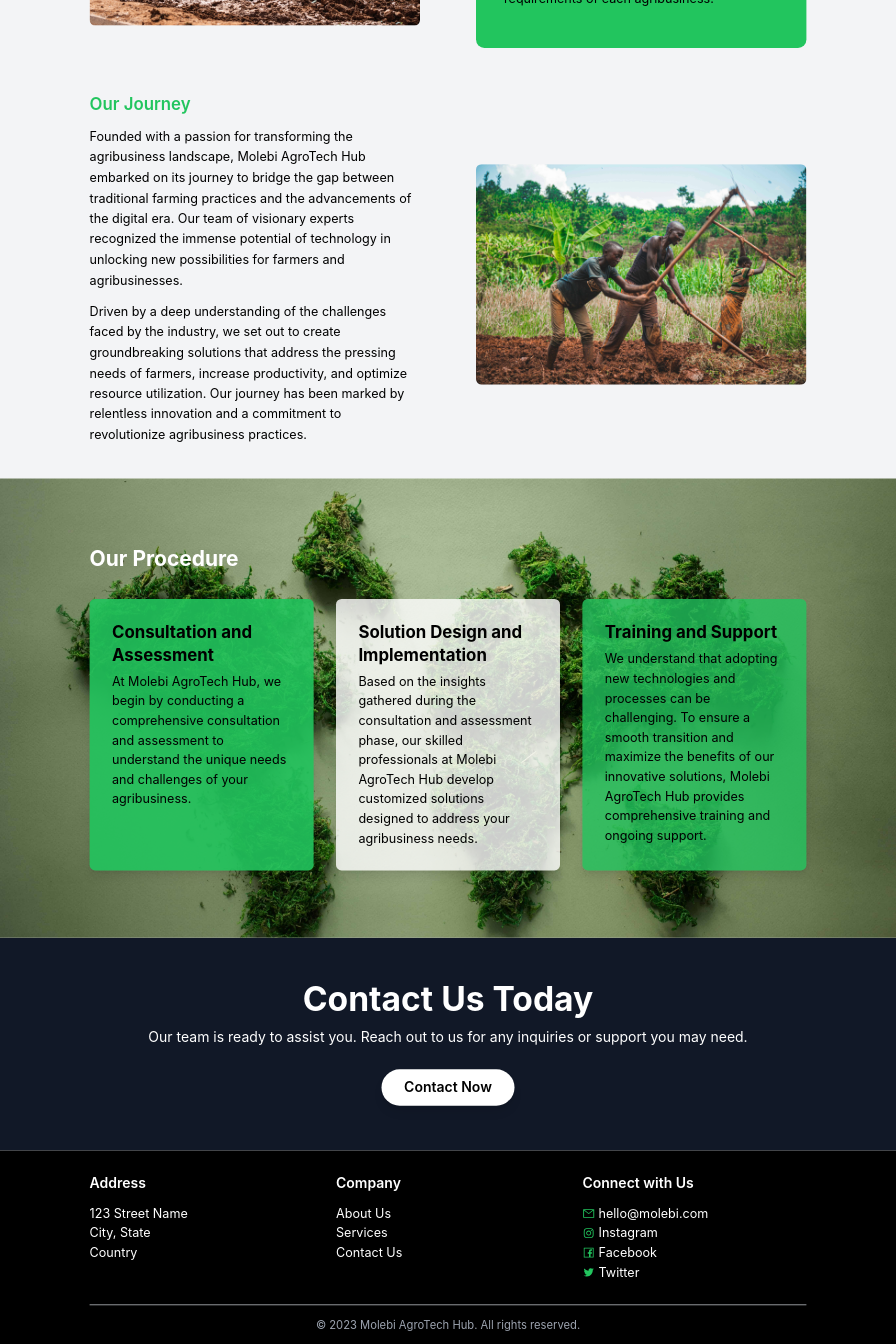
Repository: akinolapo/agric-tech
Page: /about
The author's editor kept a copy of each file at every save. The page is drawn from the files as they stood at one save, then again after the next save.
The browser window is 1280 px wide. The pictures show the part of the page from y = 932 to 2852 px (the page is 2852 px tall), at 70% of full size.
The project was rebuilt for these pictures with package versions that can differ from the ones it lists, and the page was loaded fresh each time. Also part of the build but not shown: src/components/Hero.jsx, src/components/ImageText.jsx, src/components/TwoColumnMasonry.jsx, src/components/TwoColumnComponent.jsx, src/App.jsx.

Above is the page before, as saved 2023-05-28 20:41:43.

### public/index.html
<!DOCTYPE html>
<html lang="en">
  <head>
    <meta charset="utf-8" />
    <link rel="icon" href="%PUBLIC_URL%/favicon.ico" />
    <meta name="viewport" content="width=device-width, initial-scale=1" />
    <meta name="theme-color" content="#000000" />
    <meta
      name="description"
      content="Empowering Agribusinesses with Innovative Solutions and Technology"
    />
    <link rel="apple-touch-icon" href="%PUBLIC_URL%/logo192.png" />
    <!--
      manifest.json provides metadata used when your web app is installed on a
      user's mobile device or desktop. See https://developers.google.com/web/fundamentals/web-app-manifest/
    -->
    <link rel="manifest" href="%PUBLIC_URL%/manifest.json" />
    <!--
      Notice the use of %PUBLIC_URL% in the tags above.
      It will be replaced with the URL of the `public` folder during the build.
      Only files inside the `public` folder can be referenced from the HTML.

      Unlike "/favicon.ico" or "favicon.ico", "%PUBLIC_URL%/favicon.ico" will
      work correctly both with client-side routing and a non-root public URL.
      Learn how to configure a non-root public URL by running `npm run build`.
    -->
    <title>Molebi AgroTech Hub</title>
  </head>
  <body>
    <noscript>You need to enable JavaScript to run this app.</noscript>
    <div id="root"></div>
    <!--
      This HTML file is a template.
      If you open it directly in the browser, you will see an empty page.

      You can add webfonts, meta tags, or analytics to this file.
      The build step will place the bundled scripts into the <body> tag.

      To begin the development, run `npm start` or `yarn start`.
      To create a production bundle, use `npm run build` or `yarn build`.
    -->
  </body>
</html>

### src/index.js
import React from 'react';
import ReactDOM from 'react-dom/client';
import { BrowserRouter, Routes, Route } from "react-router-dom";
import './index.css';
import App from './App';
import AboutPage from './components/about-page/AboutPage';

const root = ReactDOM.createRoot(document.getElementById('root'));
root.render(
  <React.StrictMode>
    <BrowserRouter>
            <Routes>
                <Route path="/" element={<App />} />
                <Route path="/about" element={<AboutPage />} />
            </Routes>
            {/* <App /> */}
        </BrowserRouter>
  </React.StrictMode>
);

### src/index.css
@tailwind base;
@tailwind components;
@tailwind utilities;

body {
  margin: 0;
  font-family: -apple-system, BlinkMacSystemFont, 'Segoe UI', 'Roboto', 'Oxygen',
    'Ubuntu', 'Cantarell', 'Fira Sans', 'Droid Sans', 'Helvetica Neue',
    sans-serif;
  -webkit-font-smoothing: antialiased;
  -moz-osx-font-smoothing: grayscale;
}

code {
  font-family: source-code-pro, Menlo, Monaco, Consolas, 'Courier New',
    monospace;
}

.card-icon{
  height: 40px;
  width: 40px;
  color: #22C55E;
}

.underline-title{
  height: 3px;;
  background-color: #22C55E;
}

.green-icon{
  color: #22C55E;
  width: 18px;
  height: 18px;
  margin-right: 5px;
}

.phone-call:hover{
  color: white;
}

### src/components/about-page/AboutPage.jsx
import React from 'react';
import Header from '../Header';
import Footer from '../Footer';
import ImageBackground from './ImageBackground';
import Value from '../Value';
import ImageBackground2 from './ImageBackground2';
import CTA from '../CTA';

const AboutPage = () => {
  return (
    <>
    <Header/>
    <ImageBackground/>
    <div className="bg-gray-100 ">
      <div className="container mx-auto py-8 px-5 sm:px-32">
        <div className="grid items-center grid-cols-1 gap-20 md:grid-cols-2">
          <div className="relative overflow-hidden">
            <img
              src={process.env.PUBLIC_URL+`media/about.jpg`}
              alt="About Us"
              className="rounded-lg mb-4 md:mb-0 md:mr-4"
            />
          </div>
          <div className="flex flex-col justify-center bg-green-500 p-10 rounded-xl">
            <h3 className='text-2xl mb-4 font-semibold'>What We Do</h3>
            <p className="text-lg leading-relaxed mb-4">
            At Molebi AgroTech Hub, we understand the challenges faced by the agricultural sector and the need for efficient, modern solutions. Our team of experts combines their deep industry knowledge with advanced technological expertise to develop customized solutions tailored to the unique requirements of each agribusiness.
            </p>
          </div>
        </div>
      </div>

      <div className="container mx-auto py-8 px-5 sm:px-32">
        <div className="grid items-center grid-cols-1 gap-20 md:grid-cols-2">
        <div className="flex flex-col justify-center">
            <h3 className='text-2xl mb-4 text-green-500 font-semibold'>Our Journey</h3>
            <p className="text-lg leading-relaxed mb-4">
            Founded with a passion for transforming the agribusiness landscape, Molebi AgroTech Hub embarked on its journey to bridge the gap between traditional farming practices and the advancements of the digital era. Our team of visionary experts recognized the immense potential of technology in unlocking new possibilities for farmers and agribusinesses.
            </p>
            <p className="text-lg leading-relaxed mb-4">
            Driven by a deep understanding of the challenges faced by the industry, we set out to create groundbreaking solutions that address the pressing needs of farmers, increase productivity, and optimize resource utilization. Our journey has been marked by relentless innovation and a commitment to revolutionize agribusiness practices.
            </p>
          </div>
          <div className="relative overflow-hidden">
            <img
              src={process.env.PUBLIC_URL+`media/about-1.jpg`}
              alt="About Us"
              className="rounded-lg mb-4 md:mb-0 md:mr-4"
            />
          </div>
        </div>
      </div>

    </div>
    <ImageBackground2/>
    <CTA/>
    <Footer/>
    </>
  );
};

export default AboutPage;

### src/components/Header.jsx
import React, { useEffect, useState } from 'react';
import {Link} from 'react-router-dom'
import {FiPhoneCall} from 'react-icons/fi'


const Header = () => {
  const [isMenuOpen, setIsMenuOpen] = useState(false);

  const toggleMenu = () => {
    setIsMenuOpen(!isMenuOpen);
  };

  const closeMenu = () => {
    setIsMenuOpen(false);
  };

  const [isFixed, setIsFixed] = useState(false);

  useEffect(() => {
    const handleScroll = () => {
      if (window.scrollY > 0) {
        setIsFixed(true);
      } else {
        setIsFixed(false);
      }
    };

    window.addEventListener('scroll', handleScroll);
    return () => window.removeEventListener('scroll', handleScroll);
  }, []);

  return (
    <header className={`bg-white border-b-2 ${isFixed ? 'fixed top-0 z-10 w-full' : ''}`}>
      <div className="container mx-auto flex justify-between items-center py-4 px-5 sm:px-32">
        <div className="flex items-center">
          <img
            src={process.env.PUBLIC_URL+`media/logo.png`}
            alt="Logo"
            className="h-10 w-auto"
          />
        </div>
        <div className="hidden md:flex space-x-8">
          <Link to='/' className="text-gray-800 hover:text-gray-600 text-lg font-semibold">Home</Link>
          <Link to='/about' className="text-gray-800 hover:text-gray-600 text-lg font-semibold">About</Link>
          {/* <Link to='' className="text-gray-800 hover:text-gray-600 text-lg font-semibold">Services</Link> */}
          {/* <Link to='' className="text-gray-800 hover:text-gray-600 text-lg font-semibold">Contact</Link> */}
        </div>
        <div className="md:hidden">
          <button
            type="button"
            className="flex items-center p-2 rounded-md text-gray-800 hover:text-gray-600 focus:outline-none"
            onClick={toggleMenu}
          >
            <svg
              xmlns="http://www.w3.org/2000/svg"
              className="h-6 w-6"
              fill="none"
              viewBox="0 0 24 24"
              stroke="currentColor"
            >
              <path
                strokeLinecap="round"
                strokeLinejoin="round"
                strokeWidth="2"
                d="M4 6h16M4 12h16M4 18h16"
              />
            </svg>
          </button>

        </div>
        <div className="hidden md:block">
          <button
            type="button"
            className="bg-white border-green-500 border-2 text-green-500 rounded-lg py-2 px-4 flex items-center transition ease-in-out delay-150 hover:bg-green-500 duration-300 hover:text-white"
          >
            <FiPhoneCall className='mr-2 w-4'/> Call Us
          </button>
        </div>
      </div>
      <div>
          {isMenuOpen && (
            <div className="mt-2 w-full">
              <ul className="bg-white border rounded-md divide-y divide-gray-200 shadow-md">
                <li className="py-2 px-4">
                  <a href="#" className="text-gray-800 hover:text-gray-600 text-lg font-semibold">Home</a>
                </li>
                <li className="py-2 px-4">
                  <a href="#" className="text-gray-800 hover:text-gray-600 text-lg font-semibold">About</a>
                </li>
                <li className="py-2 px-4">
                  <a href="#" className="text-gray-800 hover:text-gray-600 text-lg font-semibold">Services</a>
                </li>
                <li className="py-2 px-4">
                  <a href="#" className="text-gray-800 hover:text-gray-600 text-lg font-semibold">Contact</a>
                </li>
                <li className="py-2 px-4">
                  <button
                    type="button"
                    className="bg-green-500 text-white rounded-lg py-2 px-4 w-full"
                  >
                    Food
                  </button>
                </li>
              </ul>
              <div className="absolute top-0 right-0 p-2">
              </div>
            </div>
          )}
          </div>
    </header>
  );
};

export default Header;

### src/components/Value.jsx
import React from 'react'
import {FaRegHandshake} from 'react-icons/fa'
import {AiOutlineDatabase} from 'react-icons/ai'
import {MdOutlineCurrencyExchange, MdOutlineAgriculture} from 'react-icons/md'
import {GiFoodTruck, GiGiftOfKnowledge} from 'react-icons/gi'

const data= [
    {
        id: 1,
        icon: <FaRegHandshake className='card-icon'/>,
        title: 'Collaborative Partnerships',
        description: 'We believe in the power of collaboration. We forge strong partnerships with agribusinesses, farmers, industry stakeholders, and technology providers to create a network that fosters knowledge sharing, innovation, and mutual growth.',
        // link: '/'
    },
    {
        id: 2,
        icon: <AiOutlineDatabase className='card-icon'/>,
        title: 'Storage and Warehousing',
        description: 'Molebi AgroTech Hub provides advanced storage and warehousing facilities to ensure the proper handling and preservation of agricultural commodities. We offer storage solutions with inventory management systems, and quality control measures, reducing post-harvest losses.',
        // link: '/'
    },
    {
        id: 3,
        icon: <MdOutlineCurrencyExchange className='card-icon'/>,
        title: 'Commodity Trading',
        description: 'Molebi AgroTech Hub provides a comprehensive value chain solution that includes commodity trading and marketing services. We help agribusinesses connect with buyers and sellers, ensuring efficient and profitable transactions.',
        // link: '/'
    },
    {
        id: 4,
        icon: <MdOutlineAgriculture className='card-icon'/>,
        title: 'Cutting-edge Technology',
        description: 'We provide innovative and advanced technological solutions that empower agribusinesses to stay ahead in the industry. Our tools and systems are designed to optimize productivity and maximize growth.',
        // link: '/'
    },
    {
        id: 5,
        icon: <GiFoodTruck className='card-icon'/>,
        title: 'Transportation and Logistics',
        description: 'Molebi AgroTech Hub facilitates efficient transportation and logistics services, ensuring timely delivery of agricultural products to markets, reducing wastage, and enhancing profitability for agribusinesses.',
        // link: '/'
    },
    {
        id: 6,
        icon: <GiGiftOfKnowledge className='card-icon'/>,
        title: 'Knowledge Sharing and Training',
        description: 'Empowering farmers and agribusinesses with valuable knowledge, training, and resources to optimize their productivity and stay updated with industry trends.',
        // link: '/'
    }

]

const Value = () => {
  return (
    < div className='py-10 px-5 sm:px-32'>
    <div className='text-center'>
        <h2 className='text-2xl text-green-500 font-bold mb-4'>Our Value Chain</h2>
        <p className="text-lg">Our approach is inspired by our determination to improve the agricultural landscape in Africa.</p>
    </div>
    <div className='mt-10 block md:grid md:gap-20 md: grid-cols-2 lg:grid-cols-3'>
        {
            data.map(({id, icon, title, description})=>{
                return(
                    <div key={id} className='border-solid border-2 border-green-500 p-6 rounded-2xl mb-4 md:mb-0'>
            {icon}
            <h3 className='text-xl '>{title}</h3>
            <hr className='underline-title w-10 my-2'></hr>
            <p className="text-lg">{description}</p>
        </div>
                )
            })
        }

    </div>
    </div>
  )
}

export default Value

### src/components/Footer.jsx
import React from 'react';
import {AiOutlineInstagram, AiOutlineFacebook, AiOutlineTwitter, AiOutlineMail} from 'react-icons/ai'

const Footer = () => {
  return (
    <footer className="bg-black text-white px-5 sm:px-32">
      <div className="container mx-auto py-8">
        <div className="grid grid-cols-1 md:grid-cols-3 gap-8">
          <div>
            <h3 className="text-xl font-semibold mb-4">Address</h3>
            <p className='text-lg'>123 Street Name</p>
            <p className='text-lg'>City, State</p>
            <p className='text-lg'>Country</p>
          </div>
          <div>
            <h3 className="text-xl font-semibold mb-4">Company</h3>
            <p className='text-lg'>About Us</p>
            <p className='text-lg'>Services</p>
            <p className='text-lg'>Contact Us</p>
          </div>
          <div>
            <h3 className="text-xl font-semibold mb-4">Connect with Us</h3>
            <p className='flex items-center text-lg'><AiOutlineMail className='green-icon'/><span>hello@molebi.com</span></p>
            <p className='flex items-center text-lg'><AiOutlineInstagram className='green-icon'/><span>Instagram</span></p>
            <p className='flex items-center text-lg'><AiOutlineFacebook className='green-icon'/><span>Facebook</span></p>
            <p className='flex items-center text-lg'><AiOutlineTwitter className='green-icon'/><span>Twitter</span></p>
          </div>
        </div>
      </div>
      <div className="border-t border-gray-300 py-4 text-center">
        <p className="text-gray-400">© {new Date().getFullYear()} Molebi AgroTech Hub. All rights reserved.</p>
      </div>
    </footer>
  );
};

export default Footer;

### src/components/about-page/ImageBackground.jsx
import React from 'react';
import bgImage from './background.jpg';

const ImageBackground = () => {
  return (
    <div className="relative bg-cover bg-no-repeat bg-center" style={{ backgroundImage: `url(${bgImage})` }}>
      <div className="relative px-5 sm:px-32 py-8 md:py-16 lg:py-24">
        <div className="container mx-auto">
        <h1 className='text-black text-3xl font-bold mb-10'>About Us</h1>
          <div className="grid grid-cols-1 md:grid-cols-3 gap-8">
            <div className="bg-green-500 bg-opacity-90 p-6 md:p-8 rounded-lg shadow-lg">
              <h3 className="text-xl md:text-2xl font-bold mb-2">Who We Are</h3>
              <p className='text-lg'>Molebi AgroTech Hub is a leading provider of innovative solutions for agribusinesses.</p>
            </div>

            <div className="bg-white bg-opacity-80 p-6 md:p-8 rounded-lg shadow-lg">
              <h3 className="text-xl md:text-2xl font-bold mb-2">Our Vision</h3>
              <p className='text-lg'>To inspire the production and distribution of sustainable food for Africa.</p>
            </div>

            <div className="bg-white bg-opacity-80 p-6 md:p-8 rounded-lg shadow-lg">
              <h3 className="text-xl md:text-2xl font-bold mb-2">Our Mission</h3>
              <p className='text-lg'>Our mission is to empower farmers and agricultural companies with cutting-edge technology for enhanced productivity and growth.</p>
            </div>
          </div>
        </div>
      </div>
    </div>
  );
};

export default ImageBackground;

### src/components/about-page/ImageBackground2.jsx
import React from 'react';
import bgImage from './background-1.jpg';

const ImageBackground2 = () => {
  return (
    <div className="relative bg-cover bg-no-repeat bg-center" style={{ backgroundImage: `url(${bgImage})` }}>
      <div className="relative px-5 sm:px-32 py-8 md:py-16 lg:py-24">
        <div className="container mx-auto">
        <h1 className='text-white text-3xl font-bold mb-10'>Our Procedure</h1>
          <div className="grid grid-cols-1 md:grid-cols-3 gap-8">
            <div className="bg-green-500 bg-opacity-90 p-6 md:p-8 rounded-lg shadow-lg">
              <h3 className="text-xl md:text-2xl font-bold mb-2">Consultation and Assessment</h3>
              <p className='text-lg'>At Molebi AgroTech Hub, we begin by conducting a comprehensive consultation and assessment to understand the unique needs and challenges of your agribusiness. </p>
            </div>

            <div className="bg-white bg-opacity-80 p-6 md:p-8 rounded-lg shadow-lg">
              <h3 className="text-xl md:text-2xl font-bold mb-2">Solution Design and Implementation</h3>
              <p className='text-lg'>Based on the insights gathered during the consultation and assessment phase, our skilled professionals at Molebi AgroTech Hub develop customized solutions designed to address your agribusiness needs.</p>
            </div>

            <div className="bg-green-500 bg-opacity-80 p-6 md:p-8 rounded-lg shadow-lg">
              <h3 className="text-xl md:text-2xl font-bold mb-2">Training and Support</h3>
              <p className='text-lg'>We understand that adopting new technologies and processes can be challenging. To ensure a smooth transition and maximize the benefits of our innovative solutions, Molebi AgroTech Hub provides comprehensive training and ongoing support.</p>
            </div>
          </div>
        </div>
      </div>
    </div>
  );
};

export default ImageBackground2;

### src/components/CTA.jsx
import React from 'react';

const CTA = () => {
  return (
    <div className="text-white bg-gray-900 text-center py-8 px-4 sm:py-16 sm:px-8">
      <h1 className="text-4xl sm:text-5xl font-bold mb-4">Contact Us Today</h1>
      <p className="text-lg sm:text-xl mb-8">
        Our team is ready to assist you. Reach out to us for any inquiries or support you may need.
      </p>
      <button className="bg-white text-black py-3 px-8 rounded-full shadow-lg font-semibold text-lg sm:text-xl hover:bg-gray-200 focus:outline-none focus:ring-2 focus:ring-offset-2 focus:ring-gray-400">
        Contact Now
      </button>
    </div>
  );
};

export default CTA;

Loaded but not shown: tailwind.config.js (common file)

After the next save:
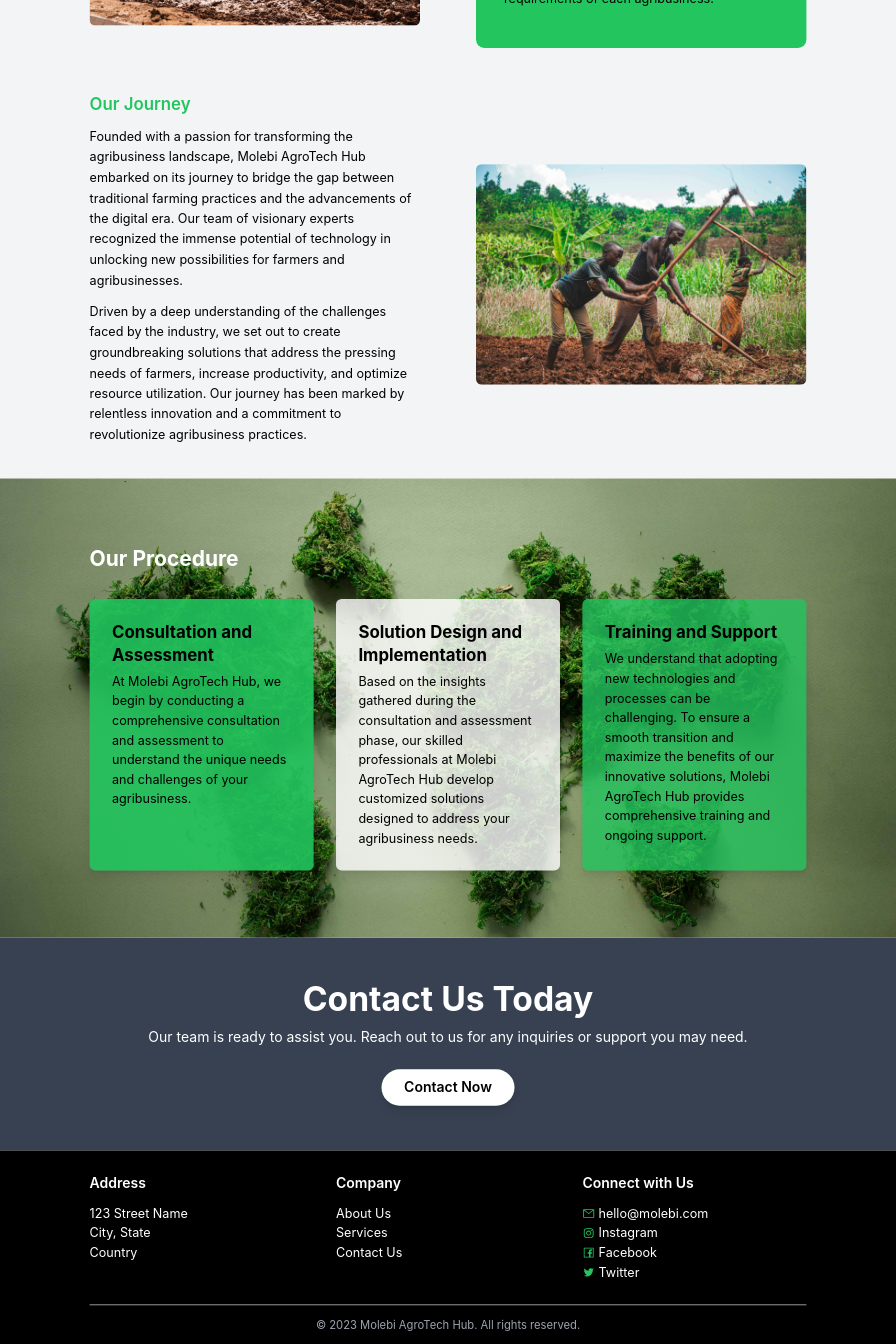
Saved 9 s later.
--- a/src/components/CTA.jsx
+++ b/src/components/CTA.jsx
@@ -2,7 +2,7 @@ import React from 'react';
 
 const CTA = () => {
   return (
-    <div className="text-white bg-gray-900 text-center py-8 px-4 sm:py-16 sm:px-8">
+    <div className="text-white bg-gray-700 text-center py-8 px-4 sm:py-16 sm:px-8">
       <h1 className="text-4xl sm:text-5xl font-bold mb-4">Contact Us Today</h1>
       <p className="text-lg sm:text-xl mb-8">
         Our team is ready to assist you. Reach out to us for any inquiries or support you may need.
